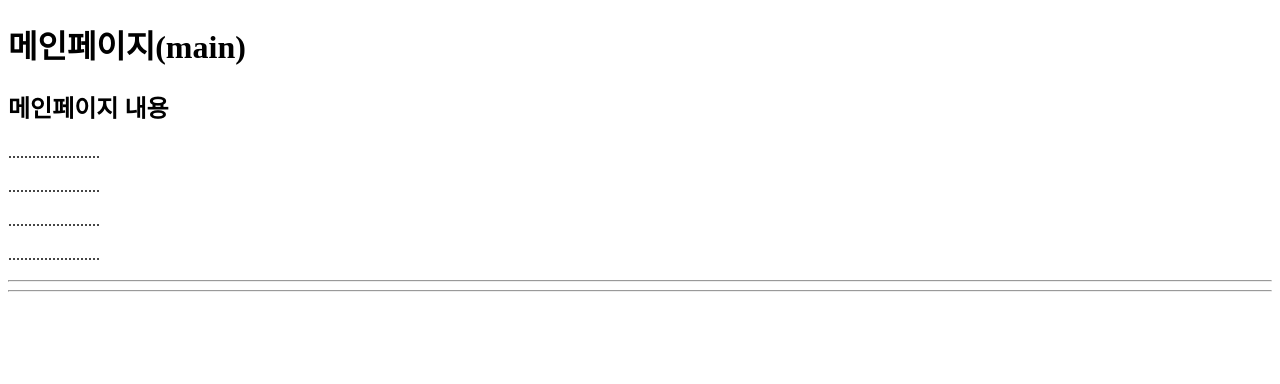
Repository: SeYoung1012/Bitcamp
Page: http://localhost/05_include/include/main.jsp
These files come from the project's save history. The page is drawn as it stood at one moment and after the next save; the edit follows.
The browser window is 1280 px wide. The pictures show the whole page.
The page is served by Tomcat 9.

Above is the page before, as saved 2021-09-29 01:37:10.

After the next save:
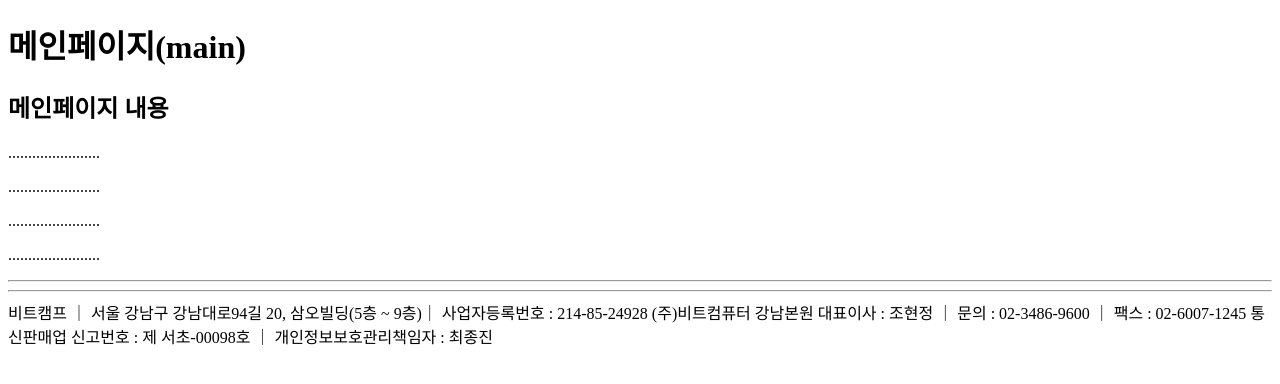
Saved 80 s later.
--- a/60_web/05_include/WebContent/include/main.jsp
+++ b/60_web/05_include/WebContent/include/main.jsp
@@ -15,6 +15,12 @@
 	<p> .......................</p>
 
 	<hr><hr>
+	<footer>
+		비트캠프 ｜ 서울 강남구 강남대로94길 20, 삼오빌딩(5층 ~ 9층)｜ 사업자등록번호 : 214-85-24928
+		(주)비트컴퓨터 강남본원 대표이사 : 조현정 ｜ 문의 : 02-3486-9600 ｜ 팩스 : 02-6007-1245
+		통신판매업 신고번호 : 제 서초-00098호 ｜ 개인정보보호관리책임자 : 최종진
+
+	</footer>
 
 
 
